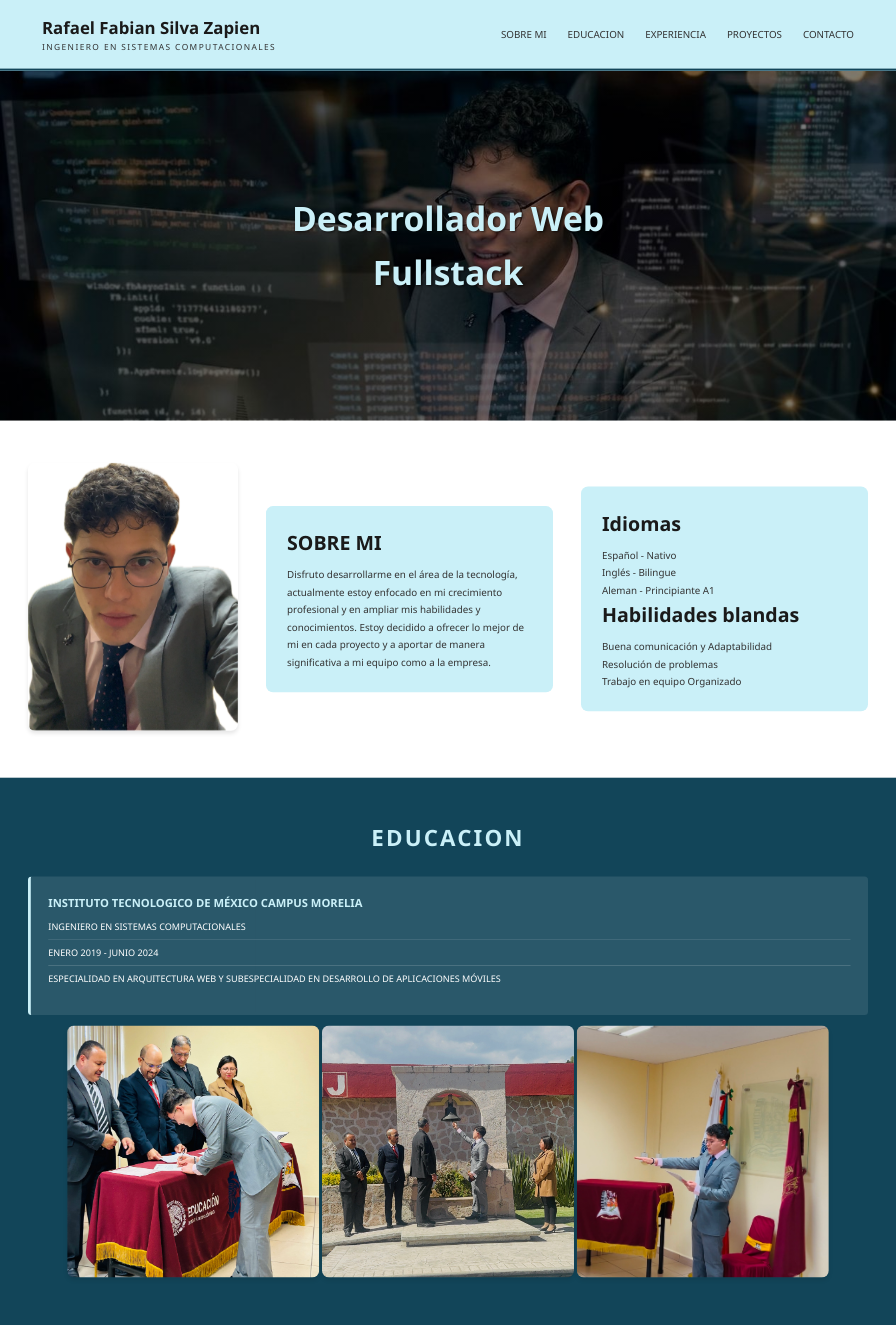
Repository: rafaelsilva2k/mi-portafolio
Page: index.html
An editor plug-in stored every save of this project. The page is shown before and after the next save, followed by the edit.
The browser window is 1280 px wide. The pictures show the part of the page from y = 0 to 1920 px (the page is 3313 px tall), at 70% of full size.

Above is the page before, as saved 2026-04-17 12:55:56.

### index.html
<!DOCTYPE html>
<html lang="en">
<head>
    <meta charset="UTF-8">
    <meta name="viewport" content="width=device-width, initial-scale=1.0">
    <title>Rafael Fabian Silva Zapien</title>
    <link rel="stylesheet" href="styles.css">
</head>
<body>
    <!-- HEADER: Nombre, Profesión y Menú de Navegación -->
    <header class="header">
        <div class="header-content">
            <div class="logo-section">
                <h1>Rafael Fabian Silva Zapien</h1>
                <p class="profession">INGENIERO EN SISTEMAS COMPUTACIONALES</p>
            </div>

            <nav class="navbar">
                <ul>
                    <li><a href="#sobre-mi">SOBRE MI</a></li>
                    <li><a href="#educacion">EDUCACION</a></li>
                    <li><a href="#experiencia">EXPERIENCIA</a></li>
                    <li><a href="#proyectos">PROYECTOS</a></li>
                    <li><a href="#contacto">CONTACTO</a></li>
                </ul>
            </nav>
        </div>
    </header>

    <!-- HERO SECTION: Imagen grande con texto "Desarrollador Web Fullstack" -->
     <section class="hero">
        <div class="hero-content">
            <h2>Desarrollador Web<br>Fullstack</h2>
        </div>
     </section>

     <!-- SECCIÓN SOBRE MÍ: Foto + Descripción -->
      <section id="sobre-mi" class="sobre-mi">
        <div class="sobre-mi-container">
            <div class="sobre-mi-foto">
                <img src="images/me.png" alt="Rafael Silva">
            </div>
            <div class="sobre-mi-texto">
                <h2>SOBRE MI</h2>
                <p>Disfruto desarrollarme en el área de la tecnología, actualmente estoy enfocado en mi crecimiento profesional y en ampliar mis habilidades y conocimientos. Estoy decidido a ofrecer lo mejor de mi en cada proyecto y a aportar de manera significativa a mi equipo como a la empresa.</p>
            </div>
            <div class="sobre-mi-texto">
                <h2>Idiomas</h2>
                <p>Español - Nativo <br> Inglés - Bilingue <br> Aleman - Principiante A1</p>
                <h2>Habilidades blandas</h2>
                <p>Buena comunicación y Adaptabilidad <br> Resolución de problemas <br> Trabajo en equipo  Organizado</p>
            </div>
        </div>
      </section>

      <!--Seccion de Educacion-->
      <section id="educacion" class="educacion">
        <h2>EDUCACION</h2>
        <div class="educacion-content">
            <div class="educacion-item">
                <h4>INSTITUTO TECNOLOGICO DE MÉXICO CAMPUS MORELIA</h4>
                <p>INGENIERO EN SISTEMAS COMPUTACIONALES</p>
                <p>ENERO 2019 - JUNIO 2024</p>
                <p>ESPECIALIDAD EN ARQUITECTURA WEB Y SUBESPECIALIDAD EN DESARROLLO DE APLICACIONES MÓVILES</p>
            </div>
            <div class="education-item">
                <div class="education-photos">
                    <img src="images/FirmaTitulacion.jpeg">
                    <img src="images/campanaTitulacion.jpeg">
                    <img src="images/titulacion.jpeg">
                </div>
            </div>
        </div>
      </section>

      <section id="experiencia" class="experiencia">
        <h2>EXPERIENCIA PROFESIONAL</h2>
            <div class="experiencia-content">
                <div class="experiencia-item">
                    <h3>HARMAN a Samsung Company</h3>
                    <p>Residencias Profesionales HARMAN, Samsung Company Enero - Junio 2024 </p><br>
                    <h5>PROYECTO DE SALIDAS MISCELÁNEAS</h5>
                    <p></p>Se trabajo en el desarrolló de una página web que permitió a la empresa
                    controlar y gestionar los productos salientes. Además, se coordinó el flujo de
                    aprobación entre diversas áreas como comercio exterior, logística y seguridad. <br> <br>
                    <h5>PROYECTO COSTO DE BIENES VENDIDOS (COGS)</h5>
                    Se trabajo en la automatización el cálculo de COGS e implementó un módulo
                    que agiliza la obtención de datos para el reporte de COGS, logrando un análisis
                    más detallado y una representación gráfica eficaz de la información.</p>
                </div>
                <div class="experiencia-item">
                    <h3>FIRA - Fideicomisos Instituidos en Relación con la Agricultura</h3>
                    <p>Desarrollador Fullstack en FIRA, Morelia Julio 2024 - Actualidad <br> <br>
                    • Migración, mejora y mantenimiento de múltiples aplicaciones institucionales,
                    entre ellas: Mesa de Servicios, Reservación de Salas, Seguimientos SIPOT,
                    Solicitudes INAI, Ingresos Retenciones, SIPOT, entre otras.
                    Aplicaciones desarrolladas en CodeIgniter (PHP), JavaScript, HTML y CSS,
                    en las cuales realicé correcciones críticas, optimizaciones de rendimiento y
                    mejoras funcionales.
                    Implementación de consumo de APIs internas de FIRA (Capital Humano)
                    cuando fue requerido.
                    Sustitución de vistas de Capital Humano en base de datos por procesos
                    internos más eficientes.
                    Todas las aplicaciones intervenidas fueron migradas a SQL Server 2019. <br>
                    • Desarrollo de un módulo completo dentro de la aplicación Reservación de
                    Salas para la gestión y reservación de cargadores eléctricos para vehículos del
                    personal interno.<br>
                    • Colaboración en la aplicación Siniestralidad, desarrollada originalmente en
                    ASP, la cual fue migrada a SQL Server 2019 y sometida a una limpieza y
                    depuración general. Posteriormente se detectaron fallas en el funcionamiento y
                    realicé los ajustes necesarios para su correcta operación.<br>
                    • Participación en la migración de la aplicación Firma Electrónica, actualizando
                    la plataforma de Java 1.4 a Java 17, así como la migración de Tomcat y todos
                    los cambios estructurales requeridos para garantizar compatibilidad y
                    estabilidad.<br>
                    • Elaboración de documentación técnica detallada para todos los proyectos,
                    facilitando futuras tareas de mantenimiento, soporte y transferencia de
                    conocimiento dentro del equipo. Apoyo adicional en la preparación de
                    documentación para describir cambio</p>
                </div>
            </div>
      </section>

      <!--Seccion de proyectos-->
      <section id="proyectos" class="proyectos">
        <h2>PROYECTOS</h2>
        <div class="proyectos-content">
            <div class="proyectos-item">
                <h4>Primer proyecto</h4>
                <img src="" alt="Proyecto-1-name">
            </div>
            <div class="proyectos-item">
                <h4> Segundo proyecto</h4>
                <img src="" alt="Proyecto-2-name">
            </div>
            <div class="proyectos-item">
                <h4>Tercer proyecto</h4>
                <img src="" alt="proyecto-3-name">
            </div>
        </div>
      </section>

      <section id="contacto" class="contacto">
        <h2>Contacto</h2>
        <div class="contacto-content">
            <p>Email: rafaelsilva2k256@gmail.com</p>
            <p>LinkedIn: <a href="www.linkedin.com/in/rafael-fabian-silva-zapien-a124ba247">Perfil de Linkedin</a></p>
            <p>GitHub: <a href="#">Tu GitHub</a></p>
        </div>
      </section>

      <!--footer-->
      <footer class="footer">
        <p>&copy; 2024 Rafael Fabian Silva Zapien. Todos los derechos reservados.</p>
      </footer>

      <script src="script.js"></script>
</body>
</html>

### styles.css
/* ============================================
   RESET Y VARIABLES GLOBALES
   ============================================ */

* {
    margin: 0;
    padding: 0;
    box-sizing: border-box;
}

:root {
    --color-primary: #caf0f8;      /* Amarillo */
    --color-secondary: #124559;    /* Dorado/Marrón */
    --color-dark: #1a1a1a;         /* Negro */
    --color-text: #333333;         /* Texto gris oscuro */
    --color-white: #ffffff;        /* Blanco */
}

body {
    font-family: 'Segoe UI', Tahoma, Geneva, Verdana, sans-serif;
    color: var(--color-text);
    line-height: 1.6;
}

/* ============================================
   HEADER - Menú y nombre
   ============================================ */

.header {
    background-color: var(--color-primary);
    padding: 20px 0;
    border-bottom: 3px solid var(--color-secondary);
    position: sticky;
    top: 0;
    z-index: 100;
}

.header-content {
    max-width: 1200px;
    margin: 0 auto;
    padding: 0 20px;

    /* FLEXBOX: Alinea nombre a la izquierda y menú a la derecha */
    display: flex;
    justify-content: space-between;
    align-items: center;
}

.logo-section h1 {
    font-size: 24px;
    font-weight: bold;
    color: var(--color-dark);
}

.profession {
    font-size: 12px;
    color: var(--color-text);
    letter-spacing: 2px;
}

/* NAVEGACIÓN - Menú horizontal */
.navbar ul {
    list-style: none;

    /* FLEXBOX: Alinea los items del menú horizontalmente */
    display: flex;
    gap: 30px;
}

.navbar a {
    text-decoration: none;
    color: var(--color-text);
    font-size: 14px;
    font-weight: 500;
    transition: color 0.3s ease;
}

.navbar a:hover {
    color: var(--color-secondary);
}

/* ============================================
   HERO SECTION - Imagen grande
   ============================================ */

.hero {
    background: linear-gradient(rgba(0, 0, 0, 0.5), rgba(0, 0, 0, 0.5)),
                url('images/iaGeneratedMe.jpeg');
    background-size: cover;
    background-position: center;
    height: 500px;

    /* FLEXBOX: Centra el texto en el hero */
    display: flex;
    align-items: center;
    justify-content: center;
    text-align: center;
}

.hero-content h2 {
    font-size: 48px;
    color: var(--color-primary);
    font-weight: bold;
    text-shadow: 2px 2px 4px rgba(0, 0, 0, 0.7);
}

/* ============================================
   SECCIÓN SOBRE MÍ
   ============================================ */

.sobre-mi {
    padding: 60px 20px;
    background-color: var(--color-white);
}

.sobre-mi-container {
    max-width: 1200px;
    margin: 0 auto;

    /* FLEXBOX: Alinea foto a la izquierda y texto a la derecha */
    display: flex;
    gap: 40px;
    align-items: center;
}

.sobre-mi-foto {
    flex: 0 0 300px;  /* Ancho fijo de 300px */
}

.sobre-mi-foto img {
    width: 100%;
    border-radius: 10px;
    box-shadow: 0 4px 6px rgba(0, 0, 0, 0.1);
}

.sobre-mi-texto {
    flex: 1;  /* Ocupa el espacio restante */
    background-color: var(--color-primary);
    padding: 30px;
    border-radius: 10px;
}

.sobre-mi-texto h2 {
    font-size: 28px;
    margin-bottom: 10px;
    color: var(--color-dark);
}

.sobre-mi-texto h3 {
    font-size: 14px;
    letter-spacing: 2px;
    margin-bottom: 20px;
    color: var(--color-secondary);
}

.sobre-mi-texto p {
    font-size: 14px;
    line-height: 1.8;
    color: var(--color-text);
}

/* ============================================
   SECCIÓN EDUCACIÓN
   ============================================ */

.educacion {
    padding: 60px 20px;
    background-color: var(--color-secondary);
    color: var(--color-white);
}

.educacion h2 {
    font-size: 32px;
    margin-bottom: 30px;
    text-align: center;
    color: var(--color-primary);
    letter-spacing: 3px;
}

.educacion-content {
    max-width: 1200px;
    margin: 0 auto;
}

.educacion-item {
    background-color: rgba(255, 255, 255, 0.1);
    padding: 25px;
    margin-bottom: 15px;
    border-left: 4px solid var(--color-primary);
    border-radius: 5px;
}

.educacion-item h4 {
    font-size: 16px;
    margin-bottom: 10px;
    color: var(--color-primary);
}

.educacion-item p {
    font-size: 13px;
    margin-bottom: 8px;
    padding-bottom: 8px;
    border-bottom: 1px solid rgba(255, 255, 255, 0.2);
}

.educacion-item p:last-child {
    border-bottom: none;
}

.education-photos {
    flex: 0 0 300px;  /* Ancho fijo de 300px */
    text-align: center;
}

.education-photos img {
    width: 30%;
    border-radius: 10px;
    box-shadow: 0 4px 6px rgba(0, 0, 0, 0.1);
}

/* ============================================
   SECCIÓN EXPERIENCIA
   ============================================ */

.experiencia {
    padding: 60px 20px;
    background-color: var(--color-white);
}

.experiencia h2 {
    font-size: 32px;
    margin-bottom: 30px;
    text-align: center;
    color: var(--color-secondary);
    letter-spacing: 3px;
}

.experiencia-content {
    max-width: 1200px;
    margin: 0 auto;

    /* FLEXBOX: Coloca los items uno al lado del otro */
    display: flex;
    gap: 30px;
}

.experiencia-item {
    flex: 1;
    background-color: var(--color-primary);
    padding: 25px;
    border-radius: 8px;
    border-left: 4px solid var(--color-secondary);
}

.experiencia-item h4 {
    font-size: 16px;
    margin-bottom: 10px;
    color: var(--color-dark);
}

.experiencia-item p {
    font-size: 13px;
    color: var(--color-text);
}

/* ============================================
   SECCIÓN PROYECTOS
   ============================================ */

.proyectos {
    padding: 60px 20px;
    background-color: var(--color-primary);
}

.proyectos h2 {
    font-size: 32px;
    margin-bottom: 30px;
    text-align: center;
    color: var(--color-secondary);
    letter-spacing: 3px;
}

.proyectos-content {
    max-width: 1200px;
    margin: 0 auto;

    /* FLEXBOX: Coloca las tarjetas en 3 columnas */
    display: flex;
    gap: 25px;
    justify-content: space-between;
}

.proyectos-item {
    flex: 1;
    background-color: var(--color-white);
    padding: 20px;
    border-radius: 8px;
    box-shadow: 0 2px 8px rgba(0, 0, 0, 0.1);
    transition: transform 0.3s ease;
}

.proyectos-item:hover {
    transform: translateY(-5px);
}

.proyectos-item h4 {
    font-size: 16px;
    margin-bottom: 15px;
    color: var(--color-dark);
}

.proyectos-item img {
    width: 100%;
    height: 200px;
    object-fit: cover;
    border-radius: 5px;
    background-color: var(--color-secondary);
}

/* ============================================
   SECCIÓN CONTACTO
   ============================================ */

.contacto {
    padding: 60px 20px;
    background-color: var(--color-secondary);
    color: var(--color-white);
    text-align: center;
}

.contacto h2 {
    font-size: 32px;
    margin-bottom: 30px;
    color: var(--color-primary);
    letter-spacing: 3px;
}

.contacto-content {
    max-width: 600px;
    margin: 0 auto;
    font-size: 14px;
    line-height: 2;
}

.contacto-content a {
    color: var(--color-primary);
    text-decoration: none;
    font-weight: bold;
}

.contacto-content a:hover {
    text-decoration: underline;
}

/* ============================================
   FOOTER
   ============================================ */

.footer {
    background-color: var(--color-dark);
    color: var(--color-white);
    text-align: center;
    padding: 20px;
    font-size: 12px;
}

/* ============================================
   RESPONSIVE - Para dispositivos móviles
   ============================================ */

@media (max-width: 768px) {
    .header-content {
        flex-direction: column;
        gap: 20px;
    }

    .navbar ul {
        gap: 15px;
        font-size: 12px;
    }

    .sobre-mi-container {
        flex-direction: column;
    }

    .sobre-mi-foto {
        flex: 0 0 200px;
    }

    .experiencia-content {
        flex-direction: column;
    }

    .proyectos-content {
        flex-direction: column;
    }

    .hero-content h2 {
        font-size: 32px;
    }
}

Loaded but not shown: script.js (no copy from this time; the picture is the same without it)

After the next save:
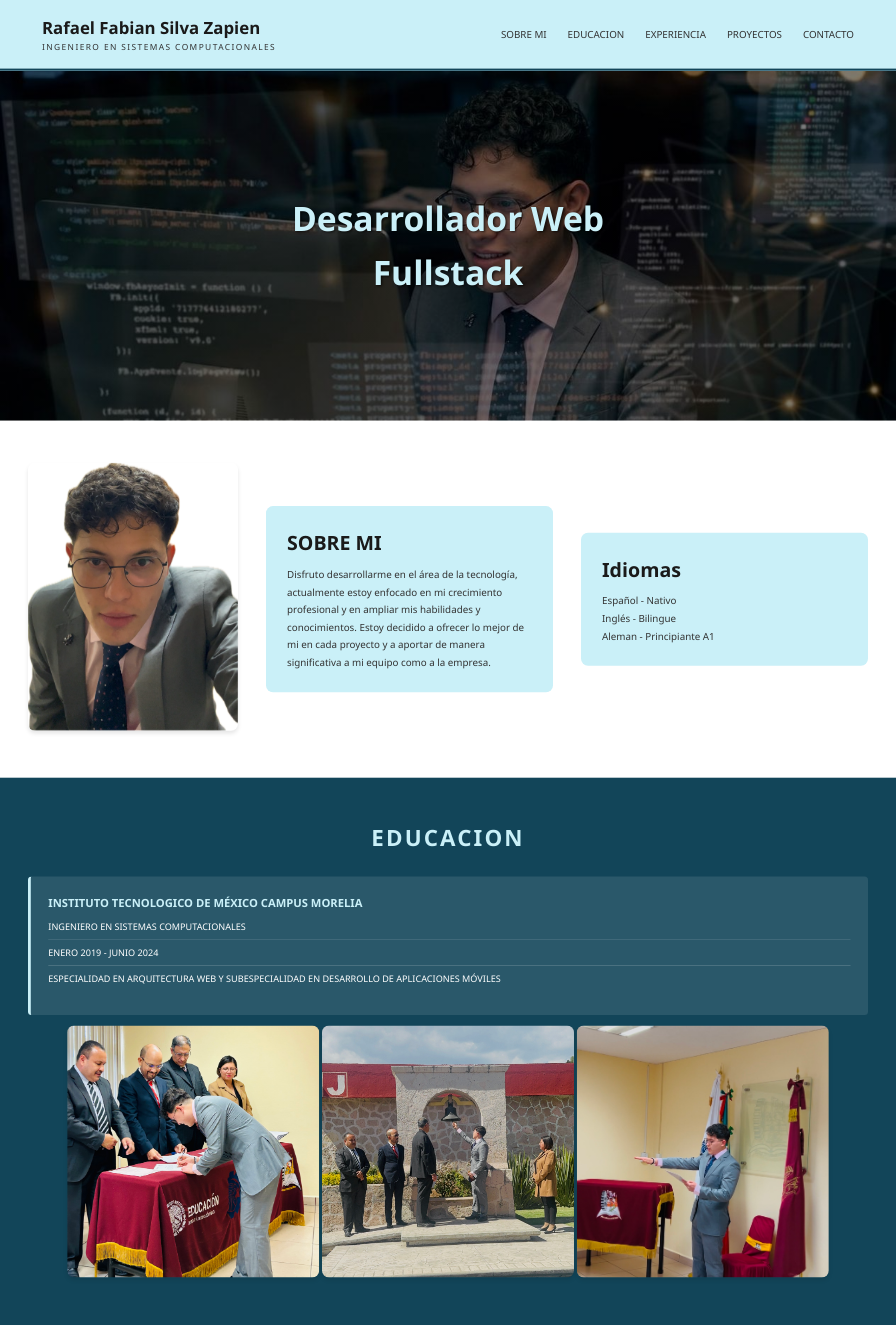
Saved 40 s later.
--- a/index.html
+++ b/index.html
@@ -47,8 +47,7 @@
             <div class="sobre-mi-texto">
                 <h2>Idiomas</h2>
                 <p>Español - Nativo <br> Inglés - Bilingue <br> Aleman - Principiante A1</p>
-                <h2>Habilidades blandas</h2>
-                <p>Buena comunicación y Adaptabilidad <br> Resolución de problemas <br> Trabajo en equipo  Organizado</p>
+
             </div>
         </div>
       </section>
